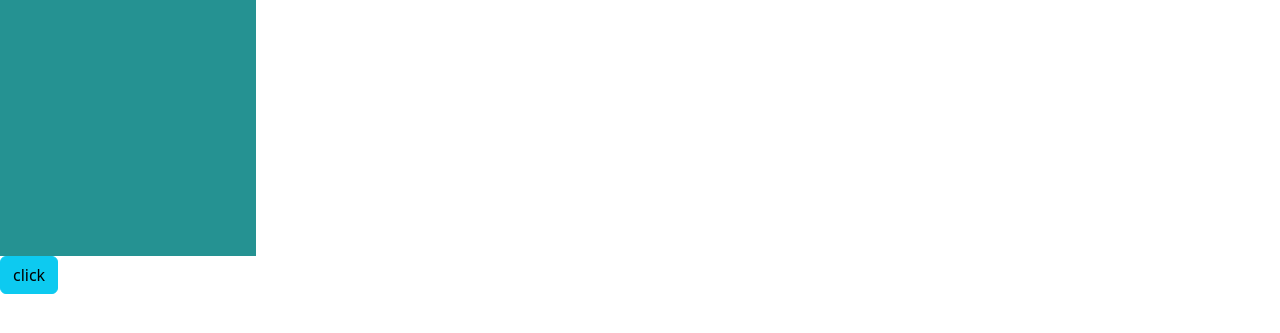
Repository: AmiraNabil97/WeatherApp
Page: index.html
The author's editor kept a copy of each file at every save. The page is drawn from the files as they stood at one save, then again after the next save.
The browser window is 1280 px wide. The pictures show the whole page.
After loading, the first visible `#demo` was clicked once.

Above is the page before, as saved 2023-08-28 11:37:20.

After the next save:
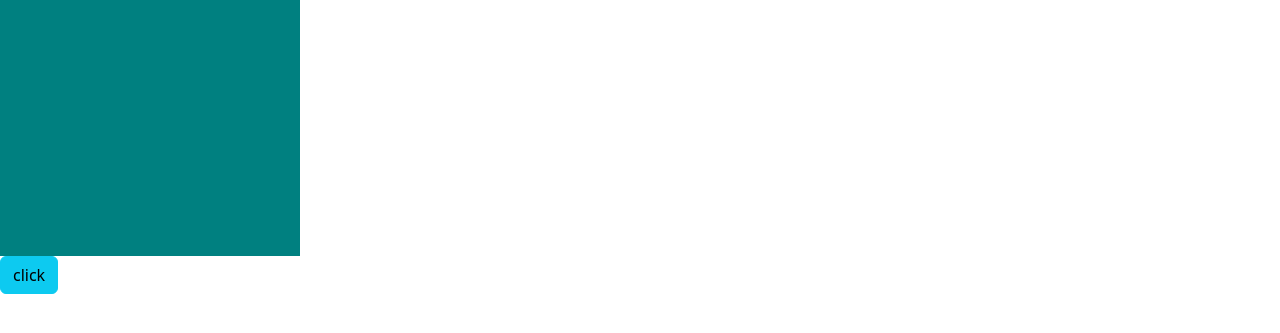
Saved 74 s later.
--- a/js/main.js
+++ b/js/main.js
@@ -3,6 +3,6 @@
 //query selector as css formula:
 // $('.demo').hide(2000)
 $('#demo').click( ()=> {
-    $('.demo').toggle(2000)
+    $('.demo').slideDown(2000)
 
 })
